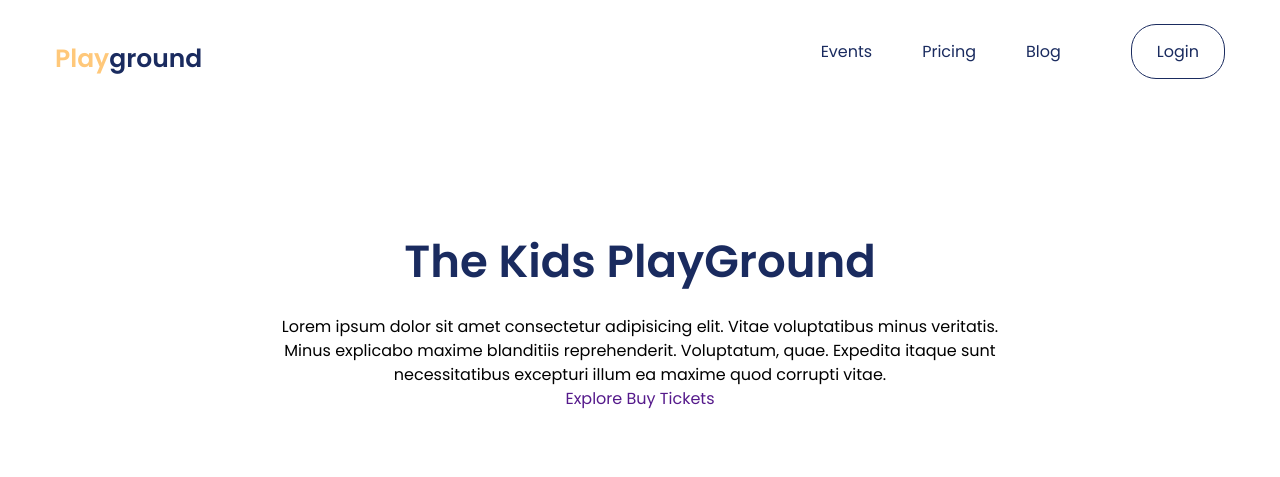
Repository: khuong30082000/the-playground
Page: index.html
The author's editor kept a copy of each file at every save. The page is drawn from the files as they stood at one save, then again after a run of saves.
The browser window is 1280 px wide. The pictures show the whole page.
The style sheet was rebuilt from its Sass, Less or Tailwind sources for each picture, by a compiler version that may differ from the author's.

Above is the page before, as saved 2022-06-20 12:17:24.

### index.html
<!DOCTYPE html>
<html lang="en">
  <head>
    <meta charset="UTF-8" />
    <meta http-equiv="X-UA-Compatible" content="IE=edge" />
    <meta name="viewport" content="width=device-width, initial-scale=1.0" />
    <title>Document</title>
    <link rel="stylesheet" href="css/style.css" />
    <link rel="preconnect" href="https://fonts.googleapis.com" />
    <link rel="preconnect" href="https://fonts.gstatic.com" crossorigin />
    <link
      href="https://fonts.googleapis.com/css2?family=Poppins:wght@300;400;600;700&display=swap"
      rel="stylesheet"
    />
    <link
      rel="stylesheet"
      href="https://cdn.jsdelivr.net/npm/@fortawesome/fontawesome-free@5.15.4/css/fontawesome.min.css"
    />
  </head>

  <body>
    <div class="wrapper">
      <header class="header">
        <div class="container header__inner">
          <a href="" class="header__logo">
            <span class="header__text">Play</span>ground
          </a>
          <nav class="header__menu">
            <ul class="header__menu-list">
              <li class="header__menu-item">
                <a href="" class="header__menu-link">Events</a>
              </li>
              <li class="header__menu-item">
                <a href="" class="header__menu-link">Pricing</a>
              </li>
              <li class="header__menu-item">
                <a href="" class="header__menu-link">Blog</a>
              </li>
              <li class="header__menu-item ">
                <a href="" class="header__menu-link header__menu-login">Login</a>
              </li>
            </ul>
          </nav>
        </div>
      </header>
      <section class="banner">
        <div class="container">
            <h1 class="banner__heading">The Kids PlayGround</h1>
            <p class="banner__desc">Lorem ipsum dolor sit amet consectetur adipisicing elit. Vitae voluptatibus minus veritatis. Minus explicabo maxime blanditiis reprehenderit. Voluptatum, quae. Expedita itaque sunt necessitatibus excepturi illum ea maxime quod corrupti vitae.</p>
            <div class="banner__buttons">
                  <a href="" class="btn">Explore</a>
                  <a href="" class="btn">Buy Tickets</a>
            </div>
        </div>
      </section>
    </div>
  </body>
</html>

### scss/style.scss
@import "./variable";
@import "./mixins";
@import "./base";
@import  "./header";
@import "./banner";
@import "./category";

### scss/_variable.scss
$primary-color:#ffc87a;
$text-color:#1a2b5f

### scss/_mixins.scss
@mixin flex($align:flex-start,$justify:flex-start,$wrap:nowrap) {
   display:flex;
   align-items: $align;
   justify-content: $justify;
   flex-wrap: $wrap;
}

### scss/_base.scss
*,
*::before,
*::after {
    box-sizing: border-box;
}
* {
    margin: 0;
}

html,
body {
    height: 100%;
    font-size: 62.5%;
}
a {
    text-decoration: none;
}
ul {
    list-style: none;;
}
body {
    line-height: 1.5;
    -webkit-font-smoothing: antialiased;
    -webkit-tap-highlight-color: rgba(0, 0, 0, 0);
}
img {
    display: block;
    max-width: 100%;
}

input,
button,
textarea,
select {
    font: inherit;
    outline: none;
    border: none;
}
p,
h1,
h2,
h3,
h4,
h5,
h6 {
    overflow-wrap: break-word;
}
body {
    font-family: "Poppins", sans-serif;
    font-size: 1.6rem;
}
.wrapper {
    max-width: 1440px;
    margin: auto ;
}
.container {
    max-width: 1210px;
    padding-left: 20px;
    padding-right: 20px;
    margin: 0 auto;
}

### scss/_header.scss
.header {
  padding-top: 40px;
  &__logo {
    font-size: 2.5rem;
    font-weight: 600;
    color: $text-color;
  }
  &__text {
    color: $primary-color;
  }
  &__inner {
    display: flex;
    justify-content: space-between;
  }

  &__menu-list {
    display: flex;
    align-items: center;
  }
  &__menu-item {
    margin-left: 50px;

  }
  &__menu-item:last-child {
    margin-left: 70px;
  }
  &__menu-link {
    font-size: 1.6rem;
    color: $text-color;
    transition: color .25s linear,border .25s linear;
    &:hover {
      color: $primary-color;
    }
  }
  &__menu-login {
    padding:15px 25px;
    border:1px solid currentColor;
    border-radius: 25px;
  }
}

### scss/_banner.scss
.banner{
    padding-top: 150px;
    margin: 0 auto;
    max-width: 800px;
    text-align: center;
    &__heading {
       font-weight: 600;
       font-size: 4.5rem;
       margin-bottom: 20px;
       color:$text-color;
    }
    &__title{
        margin-bottom:20px;
    }
}

### scss/_category.scss
.category {
    padding-bottom:20rem;
    &__list{
        display: flex;
        align-items: stretch;
        justify-content: space-between;
        gap:0 30px;
    }
    &__item {
        padding:2.5rem;
        background-color: $primary-color;
        border-radius: 20px;
    }
    &__image {
        border-radius: inherit;
        height: 23rem;
        width: 100%;
        object-fit: cover;
        margin-bottom: 4rem;
    }
    &__name {
        font-size: 2.5rem;
        margin-bottom: 2.5rem;
        white-space: normal;
        overflow: hidden;
        text-overflow: ellipsis;
    }
    &__details {
        color : #c6cad7;
        font-size: 1.4rem;
        i {
            margin-left:1.5rem;
        }
    }
}

After the next 2 saves:
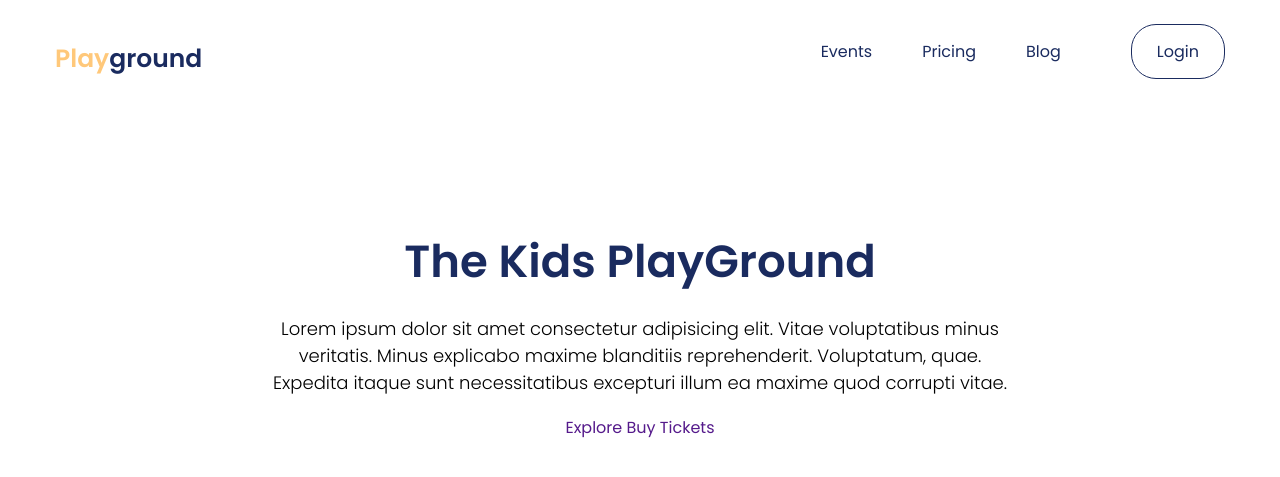
The 2 saves are shown as one change because they came seconds apart.
The last was saved 11 s later.
--- a/scss/_banner.scss
+++ b/scss/_banner.scss
@@ -9,7 +9,9 @@
        margin-bottom: 20px;
        color:$text-color;
     }
-    &__title{
+    &__desc{
         margin-bottom:20px;
+        font-size: 1.8rem;
+        font-weight: 300;
     }
 }
